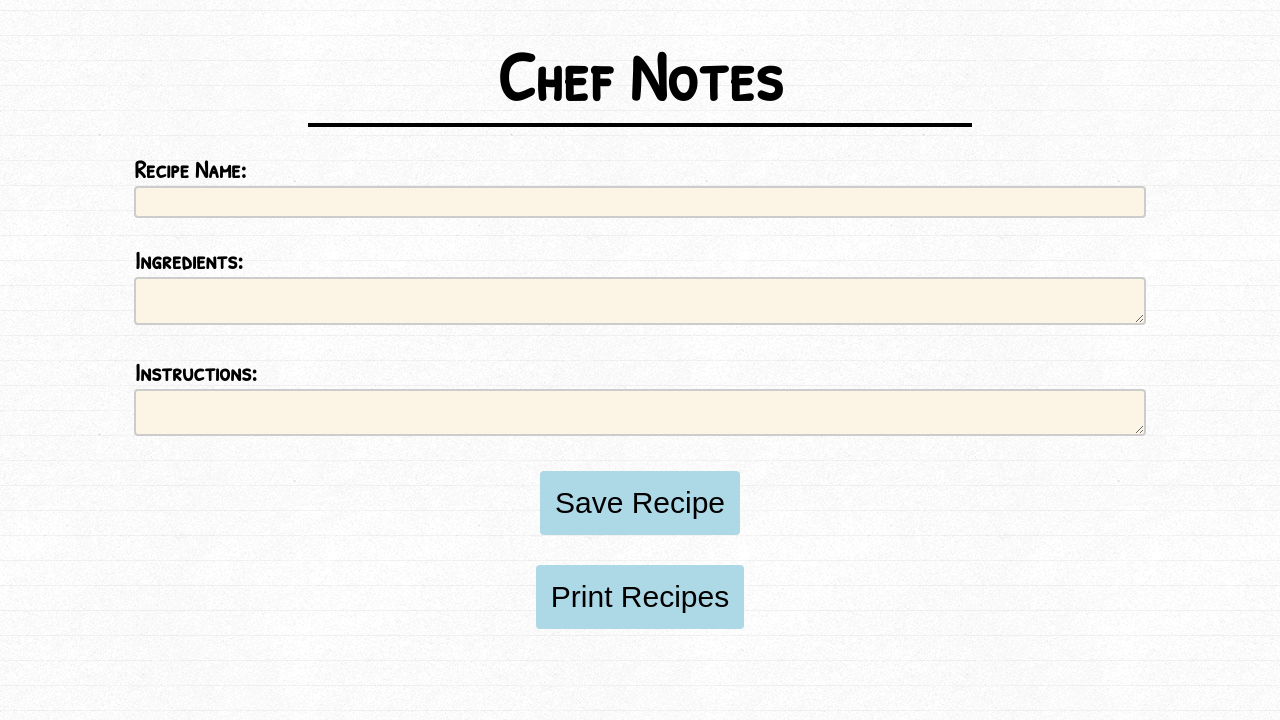
Repository: Chadloswald/RecipeSite
Page: docs/index.html
The author's editor kept a copy of each file at every save. The page is drawn from the files as they stood at one save, then again after the next save.
The browser window is 1280 px wide. The pictures show the whole page.

Above is the page before, as saved 2023-05-22 11:09:59.
Console error: TypeError: Cannot read properties of null (reading 'addEventListener')

### docs/index.html
<!DOCTYPE html>
<html lang="en">
  <head>
    <meta charset="UTF-8">
    <title>ChefNotes</title>
    <style type="text/css">
    </style>
    <link rel="stylesheet" href="style.css">
  </head>
  <body>
    <h1>Chef Notes</h1>
    <form>
      <label for="name">Recipe Name:</label>
      <input type="text" id="name" name="name">
      <br>
      <label for="ingredients">Ingredients:</label>
      <textarea id="ingredients" name="ingredients"></textarea>
      <br>
      <label for="instructions">Instructions:</label>
      <textarea id="instructions" name="instructions"></textarea>
      <br>
      <button id="saveButton" type="button">Save Recipe</button>
      <button id="printButton">Print Recipes</button>
    </form>
    <div id="recipe-list">
      <div class="recipe-line"></div>
    <div id="list"></div>
    </div>
    <script src="scripts.js"></script>
  </body>
</html>

### docs/style.css
@font-face {
  font-family: 'Patrick Hand';
  src: url('PatrickHandSC-Regular.ttf') format('truetype');
}

body {
  font-family: 'Patrick Hand', cursive;
  margin-top: 30px 0px 0px 0px;
  padding: 0;
  background-image: url("lined-paper-2.png");
}

h1 {
  text-align: center;
  padding: 20px 0 0 0;
  border-bottom: 4px solid black;
  margin: 0 300px;
  font-size: 70px;
}

/* @media (max-width: 600px) {
  h1 {
    font-size: xx-large;
    }
    label {
      font-size: larger;
    }
} */

form {
  width: 80%;
  margin: 0 auto;
}

label {
  display: block;
  font-weight: bold;
  margin-top: 1em;
  font-size: 25px;
}

input[type="text"], textarea {
  background-color: #FCF5E5;
  width: 100%;
  box-sizing: border-box;
  padding: 0.5em;
  border: 2px solid #ccc;
  border-radius: 4px;
}

button {
  display: block;
  margin: 1em auto;
  padding: 0.5em;
  border-radius: 4px;
  font-size: 30px;
  border: none;
  cursor: pointer;
  background-color: #ADD8E6;
  color: black;
}

button:hover {
  background-color: gray;
  color: #FCF5E5;
}

#recipe-list {
  width: 80%;
  margin: 1em auto;
  font-size: 25px;
}

h2 {
  font-size: 25px;
}

p {
  font-size: 20px;
}

.recipe-line {
  height: 1px;
	background-color: black;
	position: relative;
	margin-top: 30px;
	margin-bottom: 30px;
	left: 0;
	width: 50%;
  display: none;
}

.recipe:not(:last-child) .recipe-line {
  display: block;
  margin-left: 25%;
}

/* Printing style */
@media print {
  /* Remove form elements */
  form {
    display: none;
  }

  /* Position Chef and Notes next to each other */
  h1 {
    display: flex;
    align-items: center;
    justify-content: center;
    font-size: 40px;
    margin: 0;
    padding-top: 20px;
    border-bottom: 4px solid black;
    page-break-after: avoid; /* prevent the header from breaking across pages */
  }

  h1 span:first-child {
    margin-right: 20px; /* add space between Chef and Notes */
  }

  /* Adjust margins and padding */
  body {
    margin: 20mm 25mm 20mm 25mm; /* top right bottom left */
    padding: 0;
  }

  h2 {
    font-size: 30px;
  }

  p {
    font-size: 20px;
  }

  /* Add page breaks between recipes */
  .recipe:not(:last-child) {
    page-break-after: always;
  }
  #recipe-list {
    margin-left: 0;
  }
}

### docs/scripts.js
document.addEventListener('DOMContentLoaded', function() {

  const save = document.getElementById('saveButton');
  const printButton = document.getElementById('printButton');
  const emailButton = document.getElementById('emailButton'); // New email button

  const nameInput = document.getElementById('name');
  const ingredientsInput = document.getElementById('ingredients');
  const instructionsInput = document.getElementById('instructions');

  const recipeList = document.getElementById('recipe-list');

  save.addEventListener('click', function() {
    const name = nameInput.value;
    const ingredients = ingredientsInput.value;
    const instructions = instructionsInput.value;

    const recipe = document.createElement('div');
    const recipeName = document.createElement('h2');
    const recipeIngredients = document.createElement('p');
    const recipeInstructions = document.createElement('p');
    const recipeLine = document.createElement('div');

    recipeLine.classList.add('recipe-line');

    recipe.appendChild(recipeLine);

    recipeName.innerText = name;
    recipeIngredients.innerText = `Ingredients: ${ingredients}`;
    recipeInstructions.innerText = `Instructions: ${instructions}`;

    recipe.appendChild(recipeName);
    recipe.appendChild(recipeIngredients);
    recipe.appendChild(recipeInstructions);

    recipeList.appendChild(recipe);

    recipeLine.style.display = 'block';

    nameInput.value = '';
    ingredientsInput.value = '';
    instructionsInput.value = '';
  });

  printButton.addEventListener('click', function() {
    window.print();
  });

  emailButton.addEventListener('click', function() { // New email button event listener
    const subject = 'Chef Notes Recipes';
    let body = '<h1>Chef Notes</h1>'; // Email body starts with 'Chef Notes' heading

    const recipes = document.querySelectorAll('#recipe-list > div'); // Select all recipe divs

    recipes.forEach(function(recipe) {
      const recipeName = recipe.querySelector('h2').innerText;
      const recipeIngredients = recipe.querySelector('p:nth-child(2)').innerText;
      const recipeInstructions = recipe.querySelector('p:nth-child(3)').innerText;

      // Simplified format for email listing
      const simplifiedRecipe = `
        <h2>${recipeName}</h2>
        <p><strong>Ingredients:</strong> ${recipeIngredients}</p>
        <p><strong>Instructions:</strong> ${recipeInstructions}</p>
        <hr>
      `;

      body += simplifiedRecipe; // Append each recipe to the email body
    });

    // Create a mailto link with the subject and body
    const mailtoLink = `mailto:?subject=${encodeURIComponent(subject)}&body=${encodeURIComponent(body)}`;

    // Open the mailto link, triggering the user's email client
    window.location.href = mailtoLink;
  });

});

After the next save:
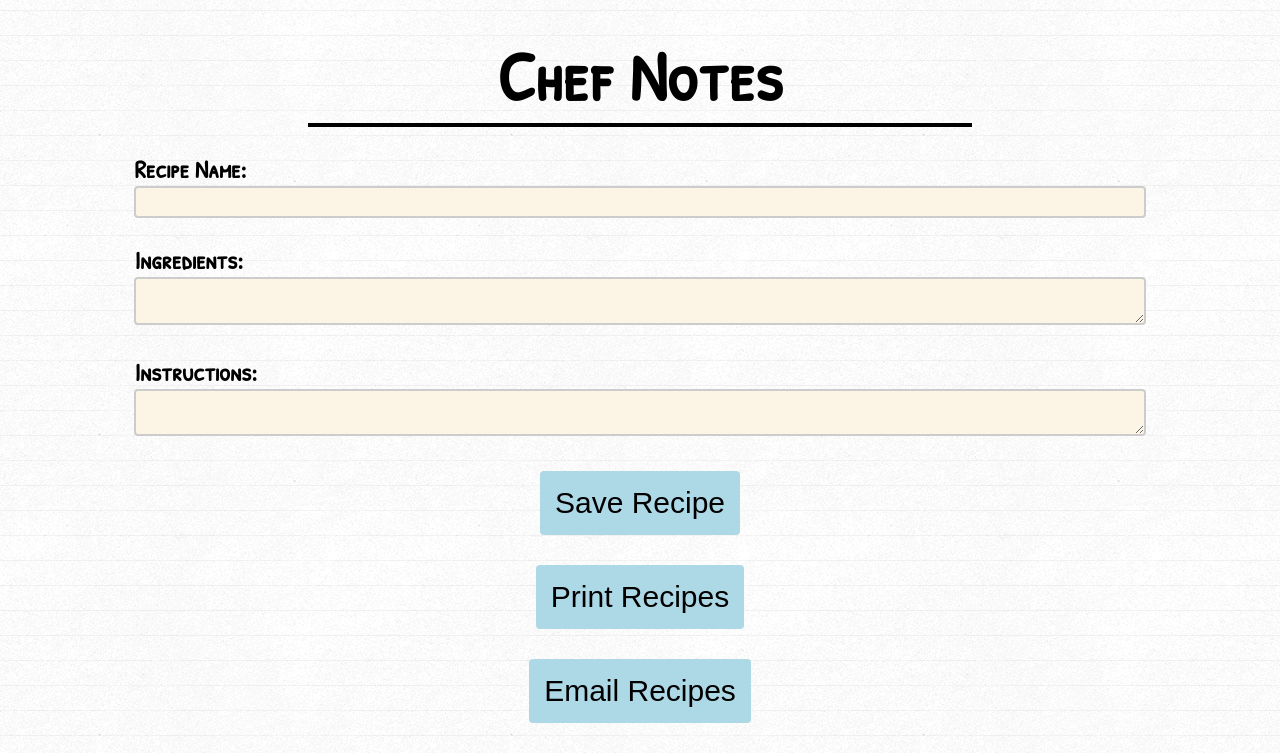
The error is gone.
Saved 25 s later.
--- a/docs/index.html
+++ b/docs/index.html
@@ -21,6 +21,7 @@
       <br>
       <button id="saveButton" type="button">Save Recipe</button>
       <button id="printButton">Print Recipes</button>
+      <button id="emailButton">Email Recipes</button>
     </form>
     <div id="recipe-list">
       <div class="recipe-line"></div>
